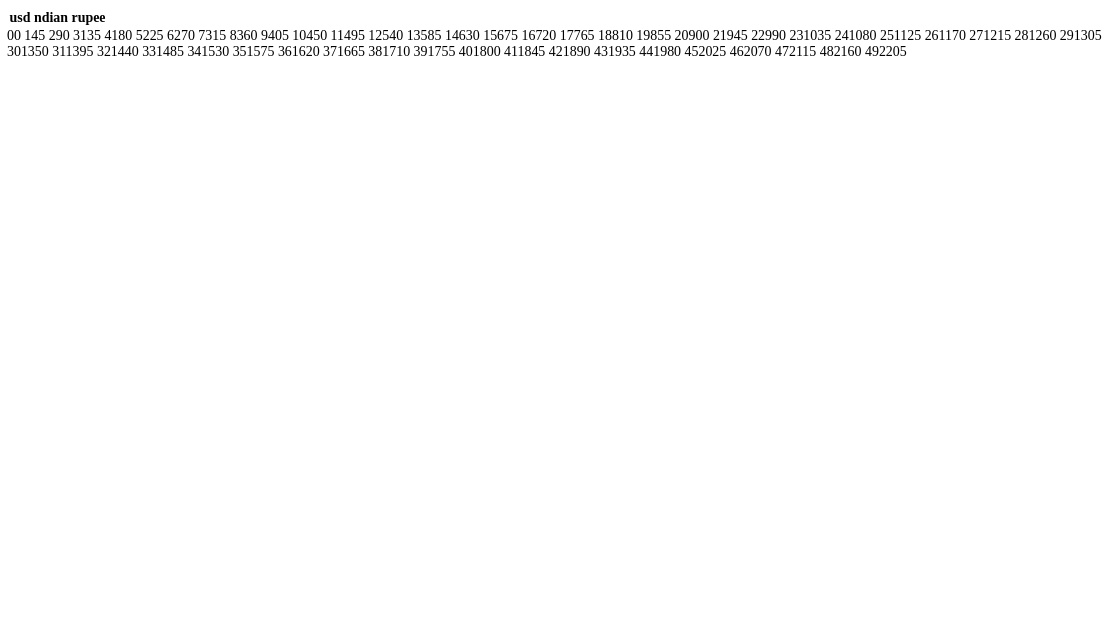
Repository: laikrish/day10
Page: http://localhost/HelloWorld/currency
These files come from the project's save history. The page is drawn as it stood at one moment and after the next save; the edit follows.
The browser window is 1280 px wide. The pictures show the whole page, at 87% of full size.
The page is served by Tomcat 9. Other server files are loaded and not shown.

Above is the page before, as saved 2018-09-06 08:08:19.

### HelloWorld/src/com/capgemini/controller/CurrencyConverterServlet.java
package com.capgemini.controller;

import java.io.IOException;
import java.io.PrintWriter;

import javax.servlet.ServletException;
import javax.servlet.annotation.WebServlet;
import javax.servlet.http.HttpServlet;
import javax.servlet.http.HttpServletRequest;
import javax.servlet.http.HttpServletResponse;

@WebServlet("/currency")
public class CurrencyConverterServlet extends HttpServlet {
	private static final long serialVersionUID = 1L;

    public CurrencyConverterServlet() {
        super();

    }


	protected void doGet(HttpServletRequest request, HttpServletResponse response) throws ServletException, IOException {
		response.setContentType("text/html");
		PrintWriter out=response.getWriter();
		out.println("<table><tr><th>usd</th><th>ndian rupee</th></table>");
		for(int i=0;i<50;i++) {
		out.println("<tr><td>" +i +"</td><td>"+i*45 +"</td></tr>");
		//out.println("usd=" +i);
				//out.println("Indian rupee" +i*45);

			}
		out.println();
		out.close();

		}

	}

After the next save:
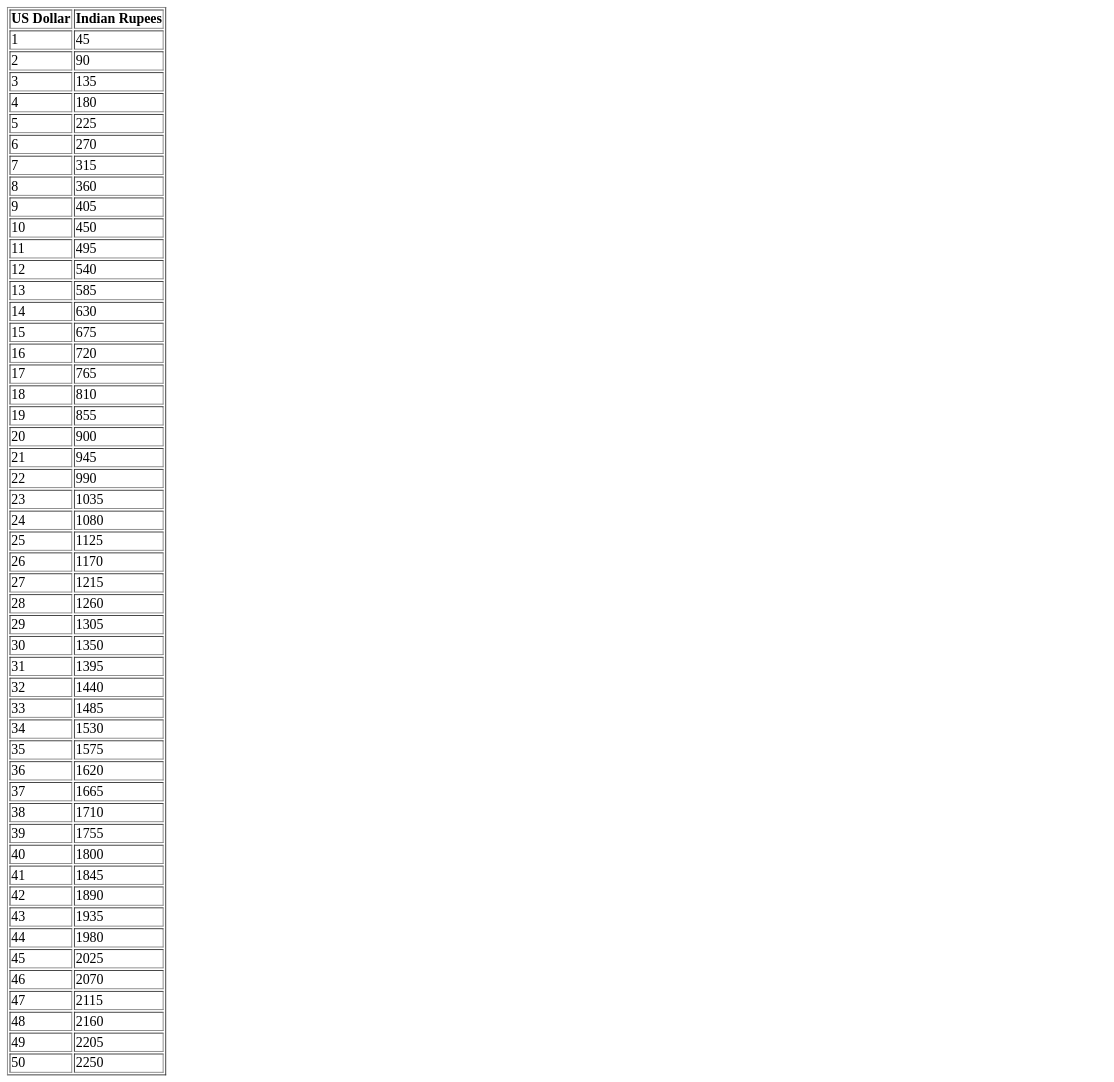
Saved 11 min 7 s later.
--- a/HelloWorld/src/com/capgemini/controller/CurrencyConverterServlet.java
+++ b/HelloWorld/src/com/capgemini/controller/CurrencyConverterServlet.java
@@ -22,14 +22,14 @@ public class CurrencyConverterServlet extends HttpServlet {
 	protected void doGet(HttpServletRequest request, HttpServletResponse response) throws ServletException, IOException {
 		response.setContentType("text/html");
 		PrintWriter out=response.getWriter();
-		out.println("<table><tr><th>usd</th><th>ndian rupee</th></table>");
-		for(int i=0;i<50;i++) {
-		out.println("<tr><td>" +i +"</td><td>"+i*45 +"</td></tr>");
-		//out.println("usd=" +i);
-				//out.println("Indian rupee" +i*45);
+out.println("<table border = '1'><tr><th>US Dollar</th><th>Indian Rupees</th></tr>");
 
-			}
-		out.println();
+		for(int i=1;i<=50;i++) {
+
+			out.println("<tr><td>" +i + "</td><td>" +i*45+ "</td></tr>");
+
+		}
+		out.println("</table>");
 		out.close();
 
 		}
